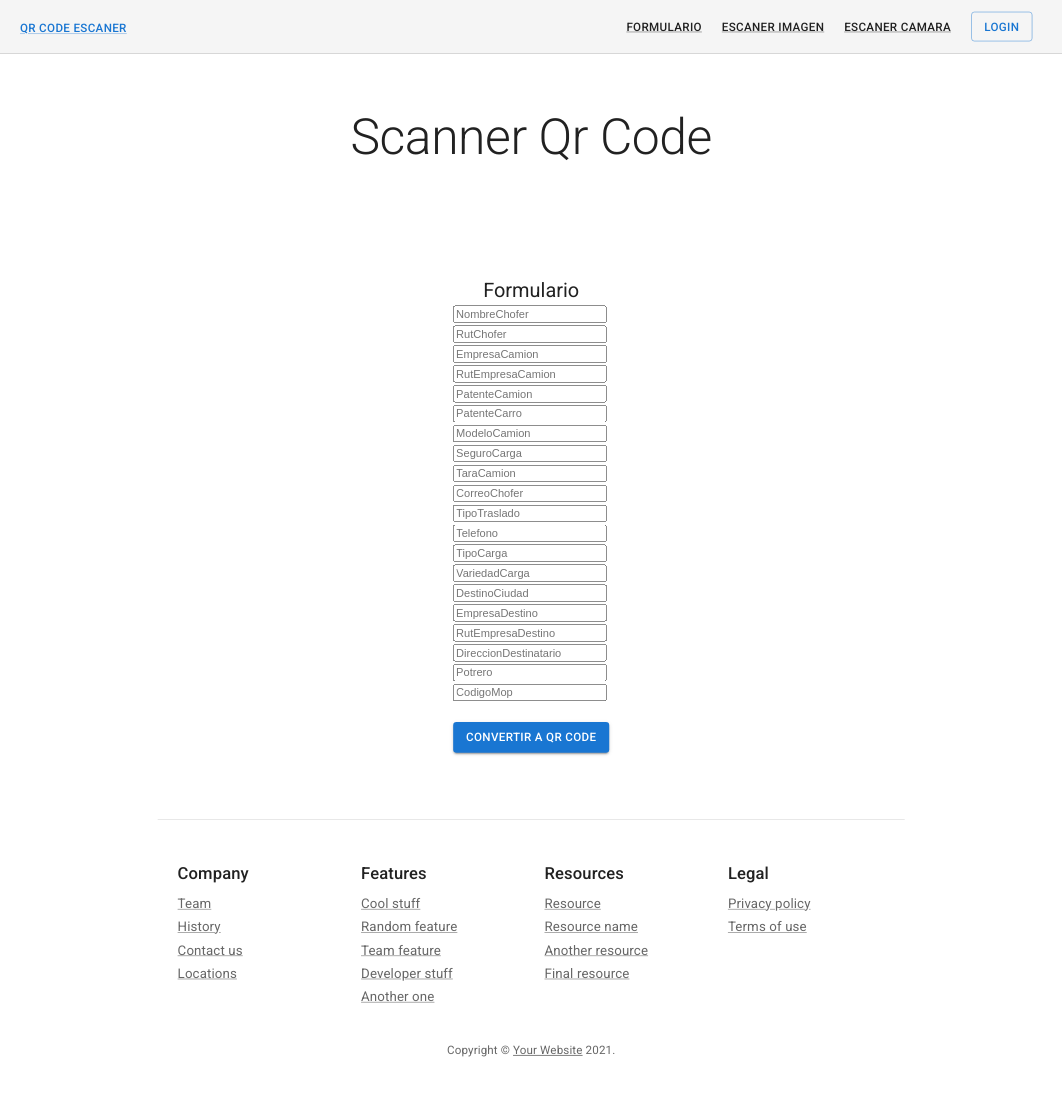
Repository: FlamesAlejandro/QrCodeForm
Page: /form
These files come from the project's save history. The page is drawn as it stood at one moment and after a run of saves; the edit follows.
The browser window is 1280 px wide. The pictures show the whole page, at 83% of full size.
The project was rebuilt for these pictures with package versions that can differ from the ones it lists, and the page was loaded fresh each time. Also part of the build but not shown: src/App.css, src/components/pages/ImagenEscaner.js, src/components/pages/CamaraEscaner.js, src/components/pages/Home.js.

Above is the page before, as saved 2021-10-24 07:56:13.

### src/App.js
import './App.css';
import { AppRouter } from './routers/AppRouter';

function App() {
  return (
    <>
      <AppRouter />
    </>
  );
}

export default App;

### src/routers/AppRouter.js
import React from 'react'
import { Switch, Route, Redirect, BrowserRouter as Router } from 'react-router-dom'
import CssBaseline from '@mui/material/CssBaseline';
import Typography from '@mui/material/Typography';
import GlobalStyles from '@mui/material/GlobalStyles';
import Container from '@mui/material/Container';
import { MainNavbar } from '../components/ui/MainNavbar';
import { MainFooter } from '../components/ui/MainFooter';
import { Form } from '../components/pages/Form';
import { ImagenEscaner } from '../components/pages/ImagenEscaner';
import { CamaraEscaner } from '../components/pages/CamaraEscaner';
import { Home } from '../components/pages/Home';

export const AppRouter = () => {
    return (
        <>
        <Router>
            <GlobalStyles styles={{ ul: { margin: 0, padding: 0, listStyle: 'none' } }} />
                <CssBaseline />

                <MainNavbar />

                {/* Hero unit */}
                <Container disableGutters maxWidth="sm" component="main" sx={{ pt: 8, pb: 6 }}>
                    <Typography
                    component="h1"
                    variant="h2"
                    align="center"
                    color="text.primary"
                    gutterBottom
                    >
                    Scanner Qr Code
                    </Typography>

                </Container>

                {/* Contenido */}
                <Container maxWidth="md" component="main">

                    <Switch>
                        <Route exact path="/form" component={ Form } />
                        <Route exact path="/imagen" component={ ImagenEscaner } />
                        <Route exact path="/camara" component={ CamaraEscaner } />
                        <Route exact path="/home" component={ Home } />
                        <Redirect to="/home" />
                    </Switch>

                </Container>

                {/* Footer */}
                <Container
                    maxWidth="md"
                    component="footer"
                    sx={{
                    borderTop: (theme) => `1px solid ${theme.palette.divider}`,
                    mt: 8,
                    py: [3, 6],
                    }}
                >
                    <MainFooter />

                </Container>
                {/* End footer */}
            </Router>
        </>
    )
}

### src/components/ui/MainNavbar.js
import React from 'react'
import AppBar from '@mui/material/AppBar';
import Button from '@mui/material/Button';
import Toolbar from '@mui/material/Toolbar';
import Typography from '@mui/material/Typography';
import Link from '@mui/material/Link';

export const MainNavbar = () => {
    return (
        <>
            <AppBar
                position="static"
                color="default"
                elevation={0}
                sx={{ borderBottom: (theme) => `1px solid ${theme.palette.divider}` }}
            >
                <Toolbar sx={{ flexWrap: 'wrap' }}>
                <Typography variant="h6" color="inherit" noWrap sx={{ flexGrow: 1 }}>
                    <Link
                            variant="button"
                            href="/home"
                        >QR CODE Escaner
                    </Link>
                </Typography>
                <nav>
                    <Link
                        variant="button"
                        color="text.primary"
                        href="/form"
                        sx={{ my: 1, mx: 1.5 }}
                    >
                    Formulario
                    </Link>
                    <Link
                        variant="button"
                        color="text.primary"
                        href="/imagen"
                        sx={{ my: 1, mx: 1.5 }}
                    >
                    Escaner Imagen
                    </Link>
                    <Link
                        variant="button"
                        color="text.primary"
                        href="/camara"
                        sx={{ my: 1, mx: 1.5 }}
                    >
                    Escaner Camara
                    </Link>
                </nav>
                <Button href="/home" variant="outlined" sx={{ my: 1, mx: 1.5 }}>
                    Login
                </Button>
                </Toolbar>
            </AppBar>
        </>
    )
}

### src/components/ui/MainFooter.js
import React from 'react'
import Grid from '@mui/material/Grid';
import Typography from '@mui/material/Typography';
import Link from '@mui/material/Link';

function Copyright(props) {
    return (
      <Typography variant="body2" color="text.secondary" align="center" {...props}>
        {'Copyright © '}
        <Link color="inherit" href="https://mui.com/">
          Your Website
        </Link>{' '}
        {new Date().getFullYear()}
        {'.'}
      </Typography>
    );
  }

  const footers = [
    {
      title: 'Company',
      description: ['Team', 'History', 'Contact us', 'Locations'],
    },
    {
      title: 'Features',
      description: [
        'Cool stuff',
        'Random feature',
        'Team feature',
        'Developer stuff',
        'Another one',
      ],
    },
    {
      title: 'Resources',
      description: ['Resource', 'Resource name', 'Another resource', 'Final resource'],
    },
    {
      title: 'Legal',
      description: ['Privacy policy', 'Terms of use'],
    },
  ];

export const MainFooter = () => {

    return (
        <>
            <Grid container spacing={4} justifyContent="space-evenly">
                {footers.map((footer) => (
                    <Grid item xs={6} sm={3} key={footer.title}>
                    <Typography variant="h6" color="text.primary" gutterBottom>
                        {footer.title}
                    </Typography>
                    <ul>
                        {footer.description.map((item) => (
                        <li key={item}>
                            <Link href="#" variant="subtitle1" color="text.secondary">
                            {item}
                            </Link>
                        </li>
                        ))}
                    </ul>
                    </Grid>
                ))}
            </Grid>
            <Copyright sx={{ mt: 5 }} />
        </>
    )
}

### src/components/pages/Form.js
import React, { useState } from 'react'
import Button from '@mui/material/Button';
import CssBaseline from '@mui/material/CssBaseline';
import TextField from '@mui/material/TextField';
import Grid from '@mui/material/Grid';
import Box from '@mui/material/Box';
import Typography from '@mui/material/Typography';
import Container from '@mui/material/Container';
import QRCode from 'qrcode';
import { useForm } from "react-hook-form";

export const Form = () => {

    const [imgUrl, setImgUrl] = useState('');

    const { register, handleSubmit, formState: { errors } } = useForm();
    const onSubmit = data => console.log(data);
    console.log(errors);

    // const generarQrCode = async(event) => {
    //     try {
    //         event.preventDefault();
    //         const data = new FormData(event.currentTarget);
    //         const response = await QRCode.toDataURL(data);
    //         setImgUrl(response);

    //     } catch (error) {
    //       console.log(error);
    //     }
    // }

    return (
        <>
            <Container component="main" maxWidth="xs">
                <CssBaseline />
                <Box
                sx={{
                    marginTop: 8,
                    display: 'flex',
                    flexDirection: 'column',
                    alignItems: 'center',
                }}
                >
                <Typography component="h1" variant="h5">
                    Formulario
                </Typography>

                <form onSubmit={handleSubmit(onSubmit)}>
                <Grid item xs={12} sm={6}>
                        <input type="text" placeholder="NombreChofer" {...register("NombreChofer", {})} />
                    </Grid>
                    <Grid item xs={12} sm={6}>
                        <input type="text" placeholder="RutChofer" {...register("RutChofer", {})} />
                    </Grid>
                    <Grid item xs={12} sm={6}>
                        <input type="text" placeholder="EmpresaCamion" {...register("EmpresaCamion", {})} />
                    </Grid>
                    <Grid item xs={12} sm={6}>
                        <input type="text" placeholder="RutEmpresaCamion" {...register("RutEmpresaCamion", {})} />
                    </Grid>
                    <Grid item xs={12} sm={6}>
                        <input type="text" placeholder="PatenteCamion" {...register("PatenteCamion", {})} />
                    </Grid>
                    <Grid item xs={12} sm={6}>
                        <input type="text" placeholder="PatenteCarro" {...register("PatenteCarro", {})} />
                    </Grid>
                    <Grid item xs={12} sm={6}>
                        <input type="text" placeholder="ModeloCamion" {...register("ModeloCamion", {})} />
                    </Grid>
                    <Grid item xs={12} sm={6}>
                        <input type="text" placeholder="SeguroCarga" {...register("SeguroCarga", {})} />
                    </Grid>
                    <Grid item xs={12} sm={6}>
                        <input type="text" placeholder="TaraCamion" {...register("TaraCamion", {})} />
                    </Grid>
                    <Grid item xs={12} sm={6}>
                        <input type="text" placeholder="CorreoChofer" {...register("CorreoChofer", {})} />
                    </Grid>
                    <Grid item xs={12} sm={6}>
                        <input type="text" placeholder="TipoTraslado" {...register("TipoTraslado", {})} />
                    </Grid>
                    <Grid item xs={12} sm={6}>
                        <input type="text" placeholder="Telefono" {...register("Telefono", {})} />
                    </Grid>
                    <Grid item xs={12} sm={6}>
                        <input type="text" placeholder="TipoCarga" {...register("TipoCarga", {})} />
                    </Grid>
                    <Grid item xs={12} sm={6}>
                        <input type="text" placeholder="VariedadCarga" {...register("VariedadCarga", {})} />
                    </Grid>
                    <Grid item xs={12} sm={6}>
                        <input type="text" placeholder="DestinoCiudad" {...register("DestinoCiudad", {})} />
                    </Grid>
                    <Grid item xs={12} sm={6}>
                        <input type="text" placeholder="EmpresaDestino" {...register("EmpresaDestino", {})} />
                    </Grid>
                    <Grid item xs={12} sm={6}>
                        <input type="text" placeholder="RutEmpresaDestino" {...register("RutEmpresaDestino", {})} />
                    </Grid>
                    <Grid item xs={12} sm={6}>
                        <input type="text" placeholder="DireccionDestinatario" {...register("DireccionDestinatario", {})} />
                    </Grid>
                    <Grid item xs={12} sm={6}>
                        <input type="text" placeholder="Potrero" {...register("Potrero", {})} />
                    </Grid>
                    <Grid item xs={12} sm={6}>
                        <input type="text" placeholder="CodigoMop" {...register("CodigoMop", {})} />
                    </Grid>
                    <Button
                        type="submit"
                        fullWidth
                        variant="contained"
                        sx={{ mt: 3, mb: 2 }}
                    >
                    Convertir a QR CODE
                    </Button>
                </form>

                {/* <Box component="form" noValidate onSubmit={generarQrCode} sx={{ mt: 3 }}>
                    <Grid container spacing={2}>
                    <Grid item xs={12} sm={6}>
                        <TextField
                        autoComplete="NombreChofer"
                        name="NombreChofer"
                        required
                        fullWidth
                        id="NombreChofer"
                        label="NombreChofer"
                        autoFocus
                        />
                    </Grid>
                    <Grid item xs={12} sm={6}>
                        <TextField
                        required
                        fullWidth
                        id="RutChofer"
                        label="RutChofer"
                        name="RutChofer"
                        autoComplete="RutChofer"
                        />
                    </Grid>
                    <Grid item xs={12} sm={6}>
                        <TextField
                        autoComplete="EmpresaCamion"
                        name="EmpresaCamion"
                        required
                        fullWidth
                        id="EmpresaCamion"
                        label="EmpresaCamion"
                        autoFocus
                        />
                    </Grid>
                    <Grid item xs={12} sm={6}>
                        <TextField
                        required
                        fullWidth
                        id="RutEmpresaCamion"
                        label="RutEmpresaCamion"
                        name="RutEmpresaCamion"
                        autoComplete="RutEmpresaCamion"
                        />
                    </Grid>
                    <Grid item xs={12} sm={6}>
                        <TextField
                        autoComplete="PatenteCamion"
                        name="PatenteCamion"
                        required
                        fullWidth
                        id="PatenteCamion"
                        label="PatenteCamion"
                        autoFocus
                        />
                    </Grid>
                    <Grid item xs={12} sm={6}>
                        <TextField
                        required
                        fullWidth
                        id="PatenteCarro"
                        label="PatenteCarro"
                        name="PatenteCarro"
                        autoComplete="PatenteCarro"
                        />
                    </Grid>
                    <Grid item xs={12} sm={6}>
                        <TextField
                        autoComplete="ModeloCamion"
                        name="ModeloCamion"
                        required
                        fullWidth
                        id="ModeloCamion"
                        label="ModeloCamion"
                        autoFocus
                        />
                    </Grid>
                    <Grid item xs={12} sm={6}>
                        <TextField
                        required
                        fullWidth
                        id="SeguroCarga"
                        label="SeguroCarga"
                        name="SeguroCarga"
                        autoComplete="SeguroCarga"
                        />
                    </Grid>
                    <Grid item xs={12} sm={6}>
                        <TextField
                        autoComplete="TaraCamion"
                        name="TaraCamion"
                        required
                        fullWidth
                        id="TaraCamion"
                        label="TaraCamion"
                        autoFocus
                        />
                    </Grid>
                    <Grid item xs={12} sm={6}>
                        <TextField
                        required
                        fullWidth
                        id="CorreoChofer"
                        label="CorreoChofer"
                        name="CorreoChofer"
                        autoComplete="CorreoChofer"
                        />
                    </Grid>
                    <Grid item xs={12} sm={6}>
                        <TextField
                        autoComplete="TipoTraslado"
                        name="TipoTraslado"
                        required
                        fullWidth
                        id="TipoTraslado"
                        label="TipoTraslado"
                        autoFocus
                        />
                    </Grid>
                    <Grid item xs={12} sm={6}>
                        <TextField
                        required
                        fullWidth
                        id="Telefono"
                        label="Telefono"
                        name="Telefono"
                        autoComplete="Telefono"
                        />
                    </Grid>
                    <Grid item xs={12} sm={6}>
                        <TextField
                        autoComplete="TipoCarga"
                        name="TipoCarga"
                        required
                        fullWidth
                        id="TipoCarga"
                        label="TipoCarga"
                        autoFocus
                        />
                    </Grid>
                    <Grid item xs={12} sm={6}>
                        <TextField
                        required
                        fullWidth
                        id="VariedadCarga"
                        label="VariedadCarga"
                        name="VariedadCarga"
                        autoComplete="VariedadCarga"
                        />
                    </Grid>
                    <Grid item xs={12} sm={6}>
                        <TextField
                        autoComplete="DestinoCiudad"
                        name="DestinoCiudad"
                        required
                        fullWidth
                        id="DestinoCiudad"
                        label="DestinoCiudad"
                        autoFocus
                        />
                    </Grid>
                    <Grid item xs={12} sm={6}>
                        <TextField
                        required
                        fullWidth
                        id="EmpresaDestino"
                        label="EmpresaDestino"
                        name="EmpresaDestino"
                        autoComplete="EmpresaDestino"
                        />
                    </Grid>
                    <Grid item xs={12} sm={6}>
                        <TextField
                        autoComplete="RutEmpresaDestino"
                        name="RutEmpresaDestino"
                        required
                        fullWidth
                        id="RutEmpresaDestino"
                        label="RutEmpresaDestino"
                        autoFocus
                        />
                    </Grid>
                    <Grid item xs={12} sm={6}>
                        <TextField
                        required
                        fullWidth
                        id="DireccionDestinatario"
                        label="DireccionDestinatario"
                        name="DireccionDestinatario"
                        autoComplete="DireccionDestinatario"
                        />
                    </Grid>
                    <Grid item xs={12} sm={6}>
                        <TextField
                        autoComplete="Potrero"
                        name="Potrero"
                        required
                        fullWidth
                        id="Potrero"
                        label="Potrero"
                        autoFocus
                        />
                    </Grid>
                    <Grid item xs={12} sm={6}>
                        <TextField
                        required
                        fullWidth
                        id="CodigoMop"
                        label="CodigoMop"
                        name="CodigoMop"
                        autoComplete="CodigoMop"
                        />
                    </Grid>
                    </Grid>
                    <Button
                        type="submit"
                        fullWidth
                        variant="contained"
                        sx={{ mt: 3, mb: 2 }}
                    >
                    Convertir a QR CODE
                    </Button> */}
                {/* </Box> */}
                </Box>
                {imgUrl ? (
                    <a href={imgUrl} download>
                        <img src={imgUrl} alt="img" />
                    </a>)
                : null}
            </Container>
        </>
    )
}

Loaded but not shown: public/index.html (common file); src/index.js (common file); src/index.css (common file); src/reportWebVitals.js (common file)

After the next 5 saves:
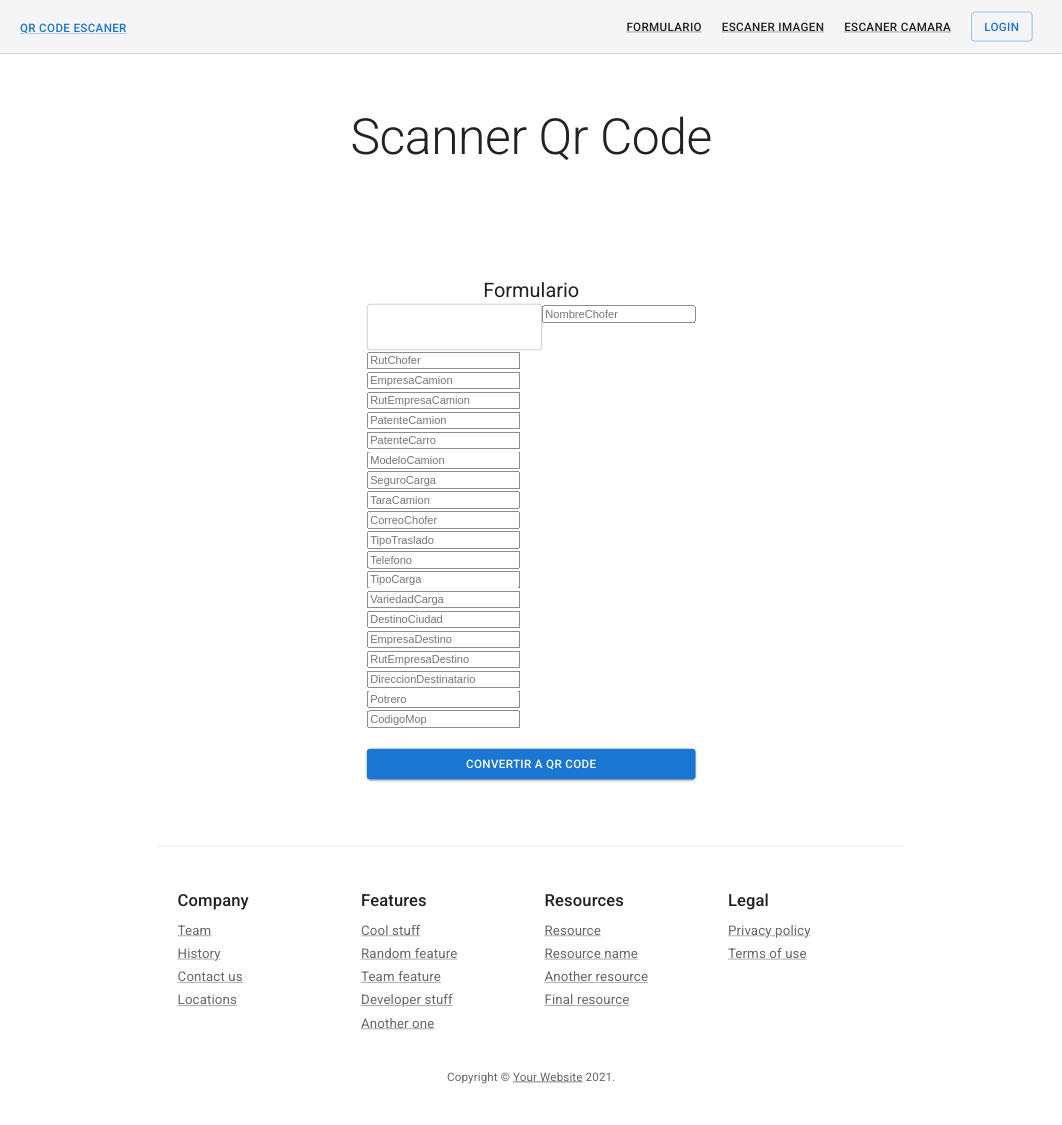
The 5 saves are shown as one change because 1 did not build or start and some came seconds apart.
The last was saved 74 s later.
--- a/src/components/pages/Form.js
+++ b/src/components/pages/Form.js
@@ -47,6 +47,7 @@ export const Form = () => {
 
                 <form onSubmit={handleSubmit(onSubmit)}>
                 <Grid item xs={12} sm={6}>
+                    <TextField></TextField>
                         <input type="text" placeholder="NombreChofer" {...register("NombreChofer", {})} />
                     </Grid>
                     <Grid item xs={12} sm={6}>
